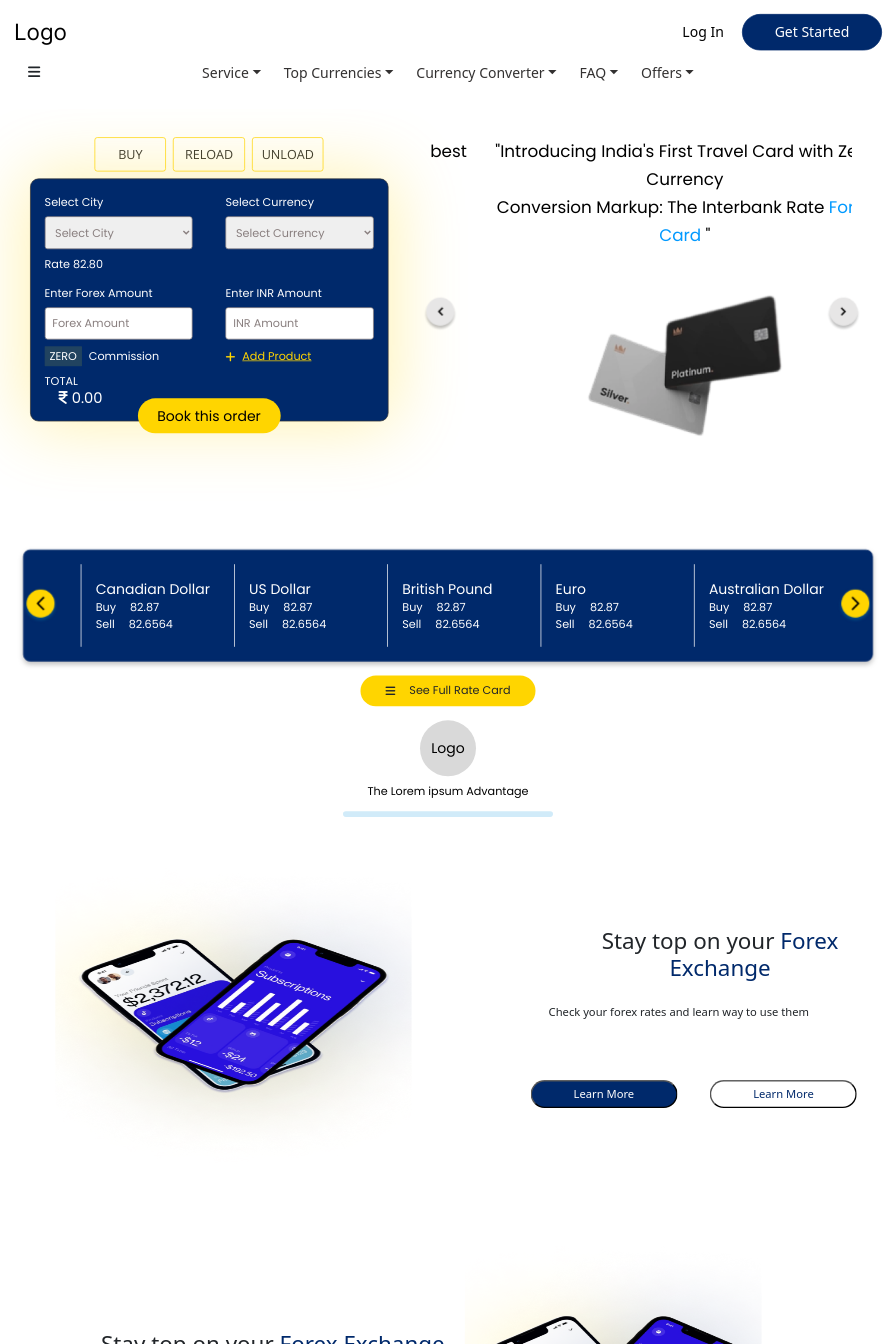
Repository: FlyweisReact/Akshadeep-latest
Page: /
The author's editor kept a copy of each file at every save. The page is drawn from the files as they stood at one save, then again after the next save.
The browser window is 1280 px wide. The pictures show the part of the page from y = 0 to 1920 px (the page is 4686 px tall), at 70% of full size.
Some web libraries are served in a nearby version. The project was rebuilt for these pictures with package versions that can differ from the ones it lists, and the page was loaded fresh each time. Also part of the build but not shown: src/components/exchange.jsx, src/components/order_p1.jsx, src/components/order_p2.jsx, src/components/faas.jsx, src/components/offer.jsx, src/components/main2.jsx, src/components/home.jsx, src/components/slider.jsx and 6 more.

Above is the page before, as saved 2023-05-23 16:02:19.

After the next save:
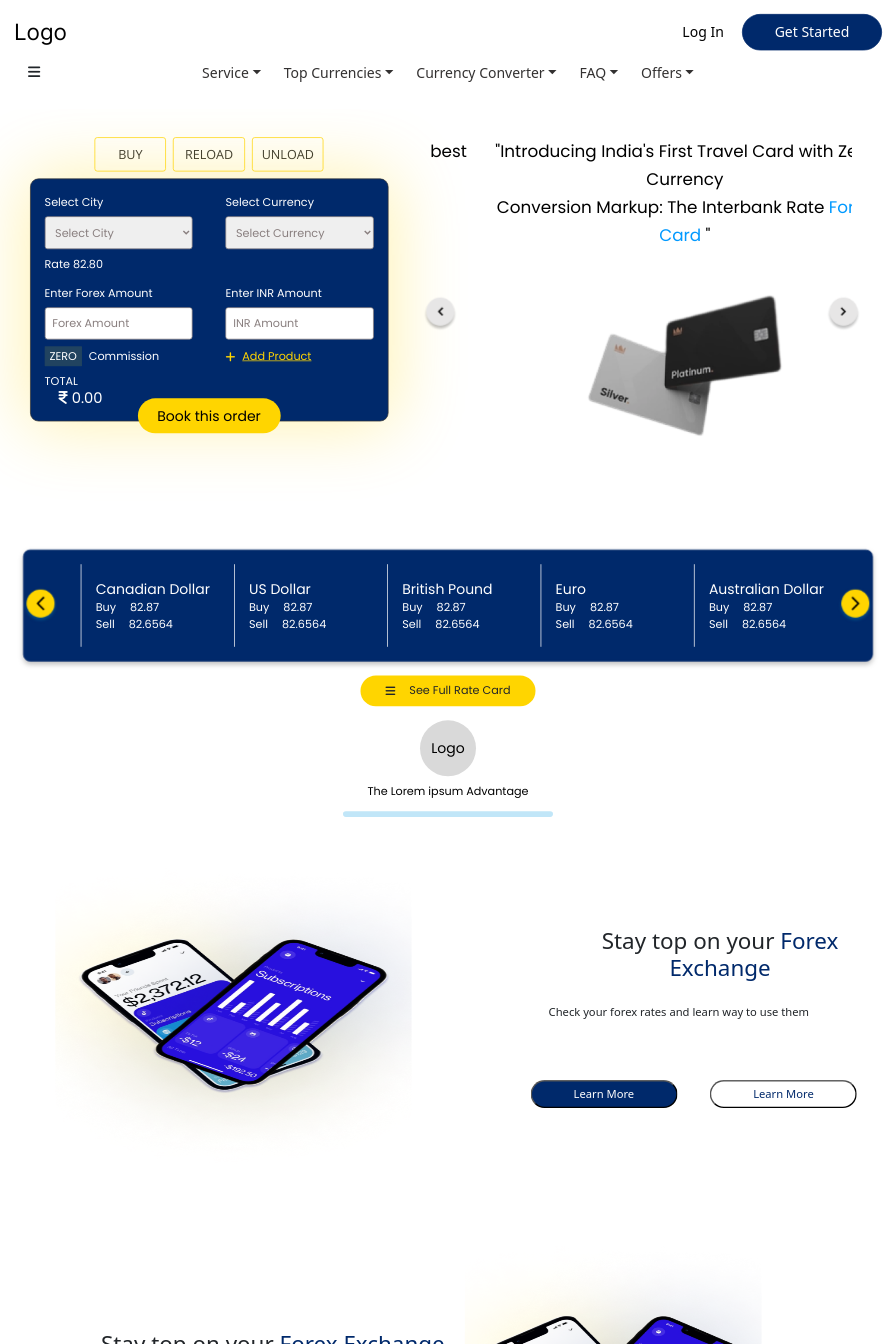
Saved 4 s later.
--- a/src/Style/Layout.css
+++ b/src/Style/Layout.css
@@ -76,6 +76,6 @@
     margin-top: 10px;
 }
 .Index_center_Div hr{
-    border: 4px solid #48B1E5   ;
+    border: 4px solid #0b9be3   ;
 border-radius: 8px;
 }
